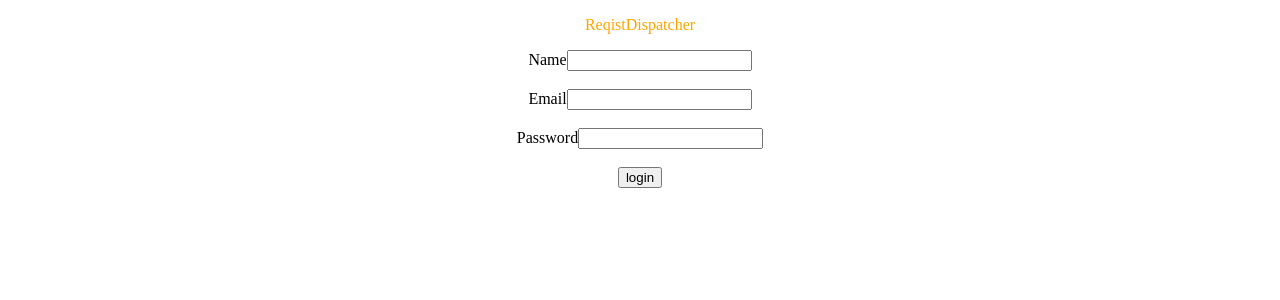
Repository: Ravikumarh6166/my-first-repo
Page: WebApps/src/main/webapp/Request.html
An editor plug-in stored every save of this project. The page is shown before and after the next save, followed by the edit.
The browser window is 1280 px wide. The pictures show the whole page.

Above is the page before, as saved 2022-08-25 06:26:03.

After the next save:
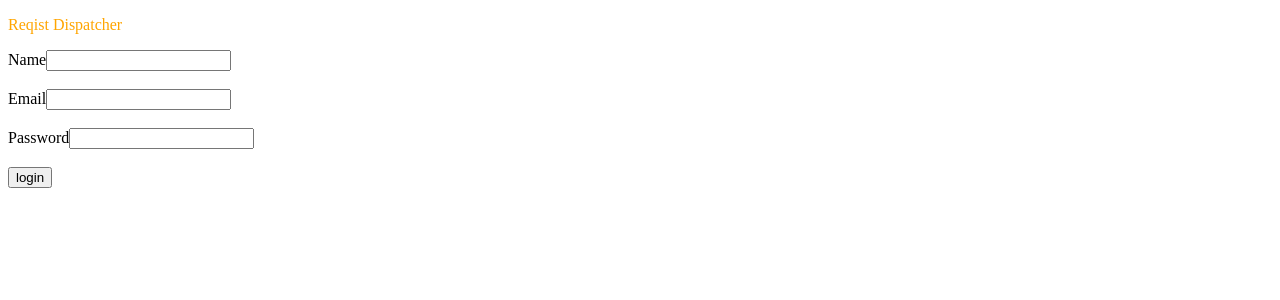
Saved 31 s later.
--- a/WebApps/src/main/webapp/Request.html
+++ b/WebApps/src/main/webapp/Request.html
@@ -6,13 +6,13 @@
 </head>
 <body>
 <form action="login" method="post">
-<center>
-<p style="color:orange">ReqistDispatcher</p>
+
+<p style="color:orange">Reqist Dispatcher</p>
 Name<input type="text" name="nm"><br><br>
 Email<input type="email" name="email"><br><br>
 Password<input type="password" name="pw"><br><br>
 <input type="submit" value="login"><br><br>
-</center>
+
 </form>
 </body>
 </html>
